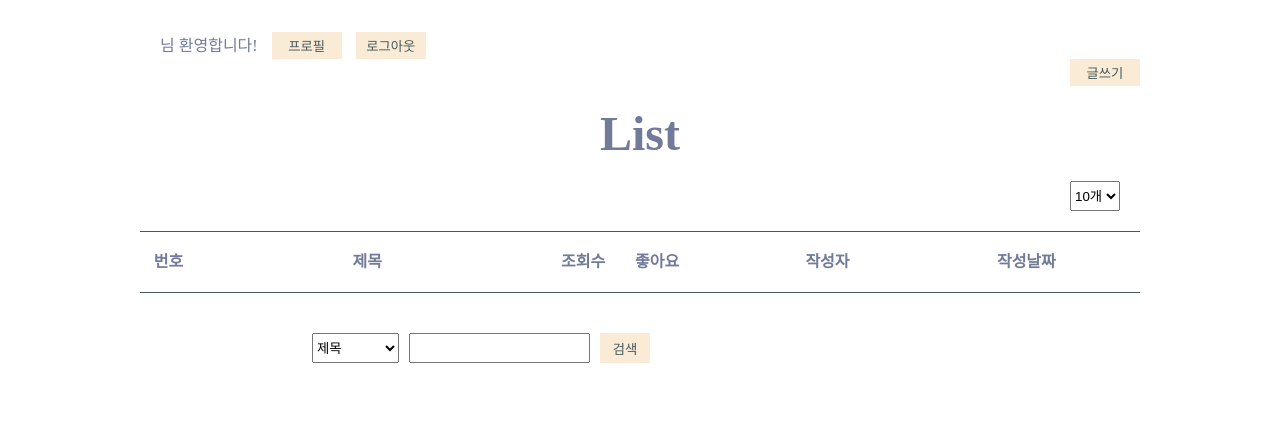
Repository: kayoyo/jsp
Page: http://localhost/BoardWeb_4/WEB-INF/jsp/board/list.jsp
These files come from the project's save history. The page is drawn as it stood at one moment and after the next save; the edit follows.
The browser window is 1280 px wide. The pictures show the whole page.
The page is served by Tomcat 9. Nobody is signed in. The template is opened directly, without the code that normally fills it, so the values that code supplies are empty.

Above is the page before, as saved 2020-09-03 08:31:27.

After the next save:
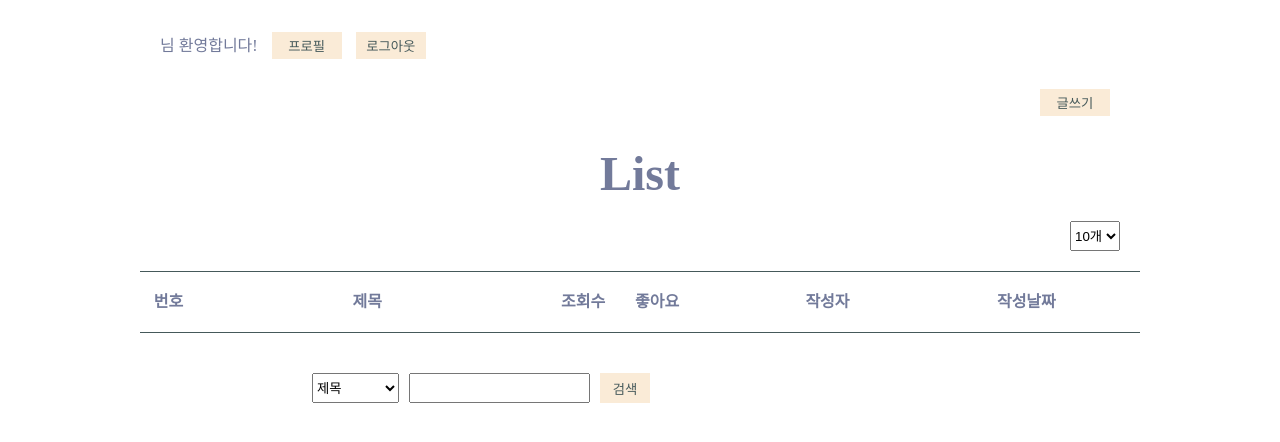
Saved 47 s later.
--- a/BoardWeb_4/WebContent/WEB-INF/jsp/board/list.jsp
+++ b/BoardWeb_4/WebContent/WEB-INF/jsp/board/list.jsp
@@ -42,7 +42,9 @@ a {
 			margin-left: 20px;
 			color : #727A9A;
 }
-div.user_write { display: flex; justify-content: flex-end;
+div.user_write { display: flex;
+				 justify-content: flex-end;
+				 margin: 30px;
 }
 .logOutBtn {width: 70px; height: 27px;
 			margin-left:10px;
